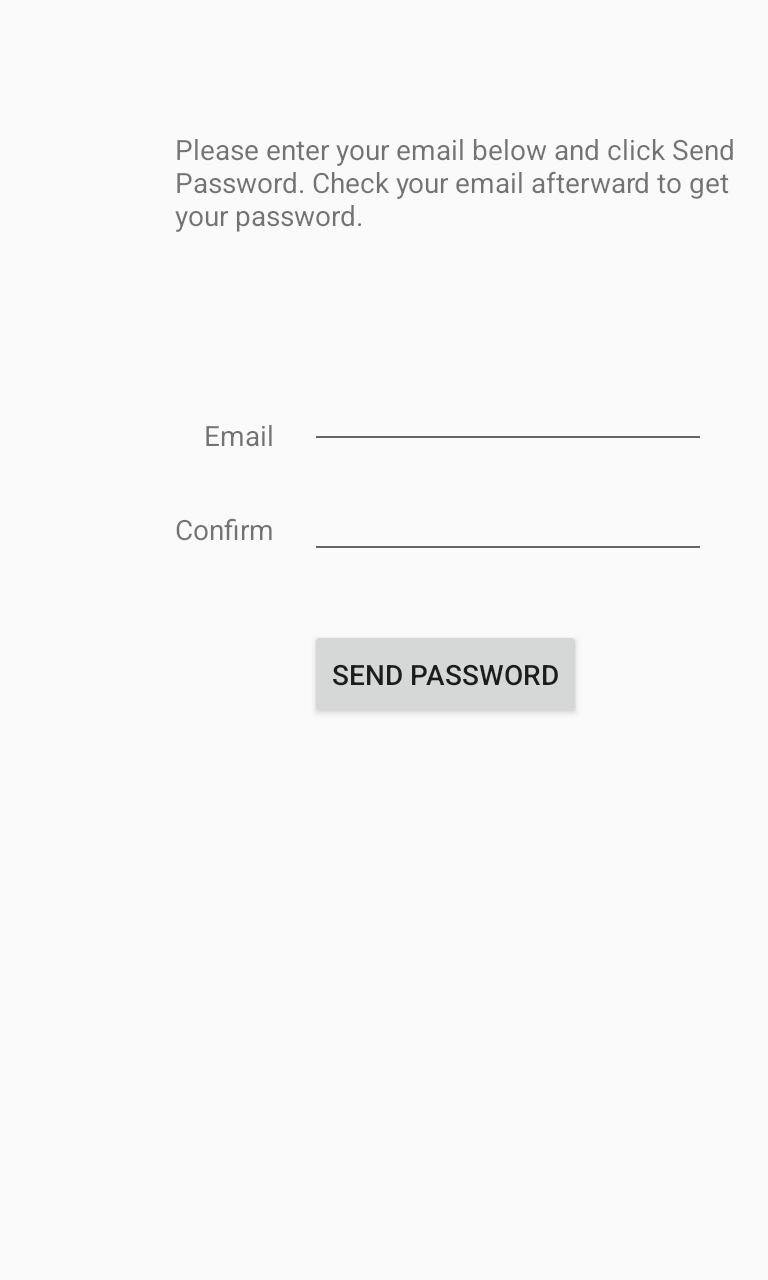
Repository: zerox2012/Fall2014Android
Layout: FishingBuddy/res/layout/activity_forgot_password.xml
The author's editor kept a copy of each file at every save. The layout is drawn from the files as they stood at one save, then again after a run of saves.
It is drawn on a 768 x 1280 px phone screen (xhdpi) without system bars, with theme AppTheme; the app's code is not run.

Above is the layout before, as saved 2014-10-20 22:37:09.

After the next 2 saves:
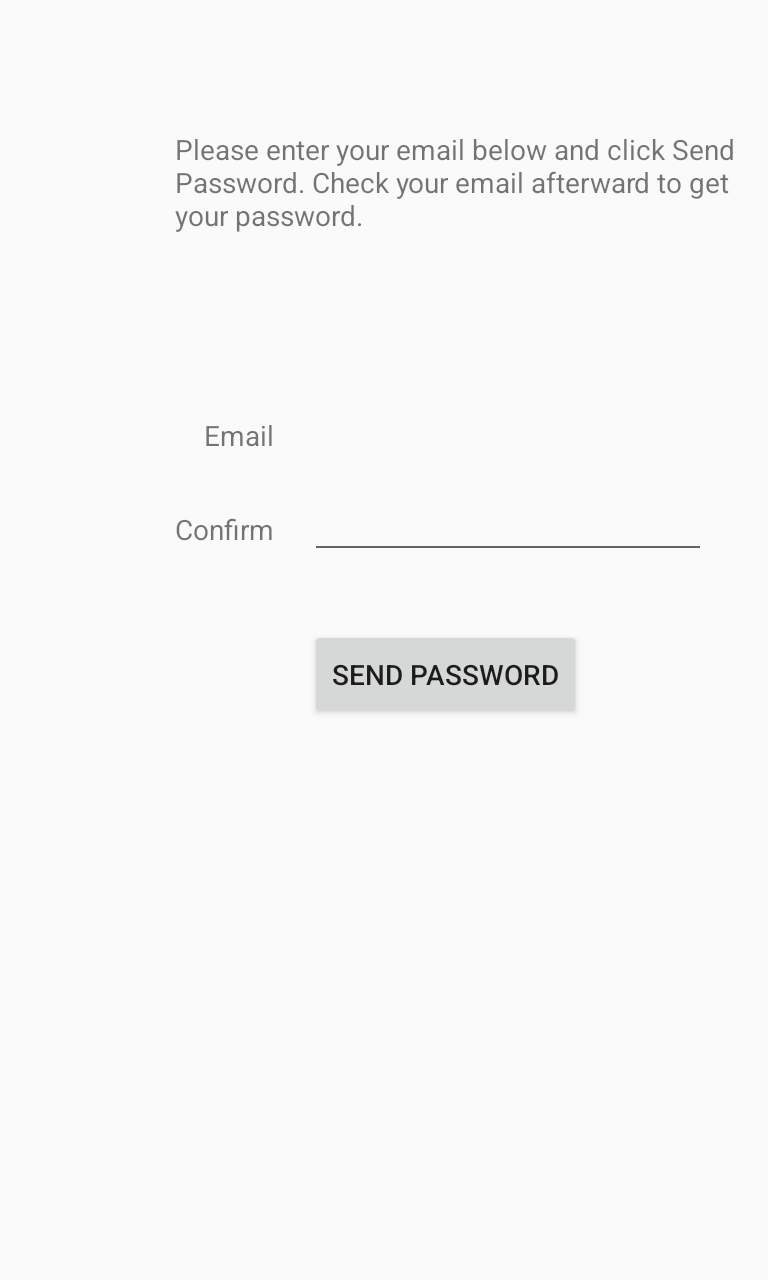
The 2 saves are shown as one change because 1 did not build or start.
The last was saved 43 s later.
--- a/FishingBuddy/res/layout/activity_forgot_password.xml
+++ b/FishingBuddy/res/layout/activity_forgot_password.xml
@@ -39,8 +39,6 @@
         android:inputType="textEmailAddress" >
 
     </EditText>
-
-    <EditText
         android:id="@+id/new_email1"
         android:layout_width="200dp"
         android:layout_height="wrap_content"

After the 4 saves that followed:
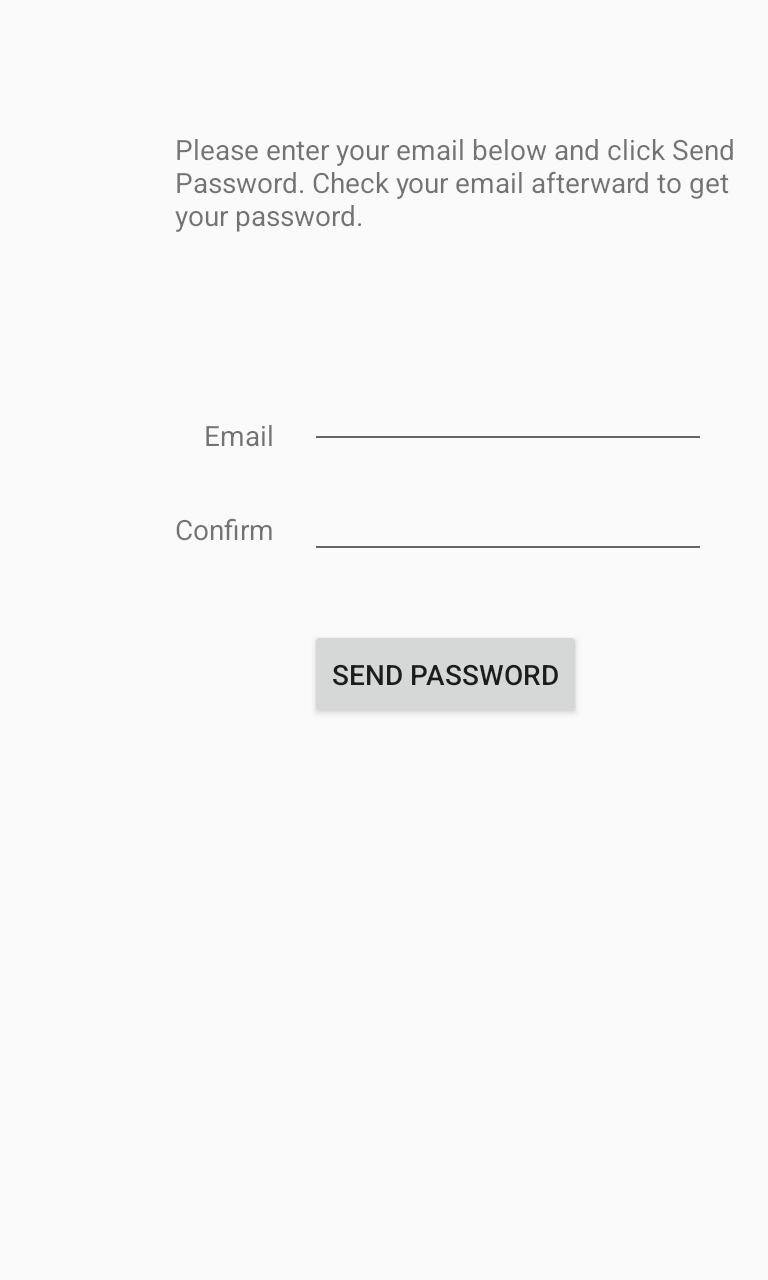
The 4 saves are shown as one change because 3 did not build or start.
The last was saved 82 s later.
--- a/FishingBuddy/res/layout/activity_forgot_password.xml
+++ b/FishingBuddy/res/layout/activity_forgot_password.xml
@@ -36,9 +36,9 @@
         android:layout_alignParentRight="true"
         android:layout_marginRight="14dp"
         android:ems="10"
-        android:inputType="textEmailAddress" >
+        android:inputType="textEmailAddress" />
 
-    </EditText>
+    <EditText
         android:id="@+id/new_email1"
         android:layout_width="200dp"
         android:layout_height="wrap_content"
